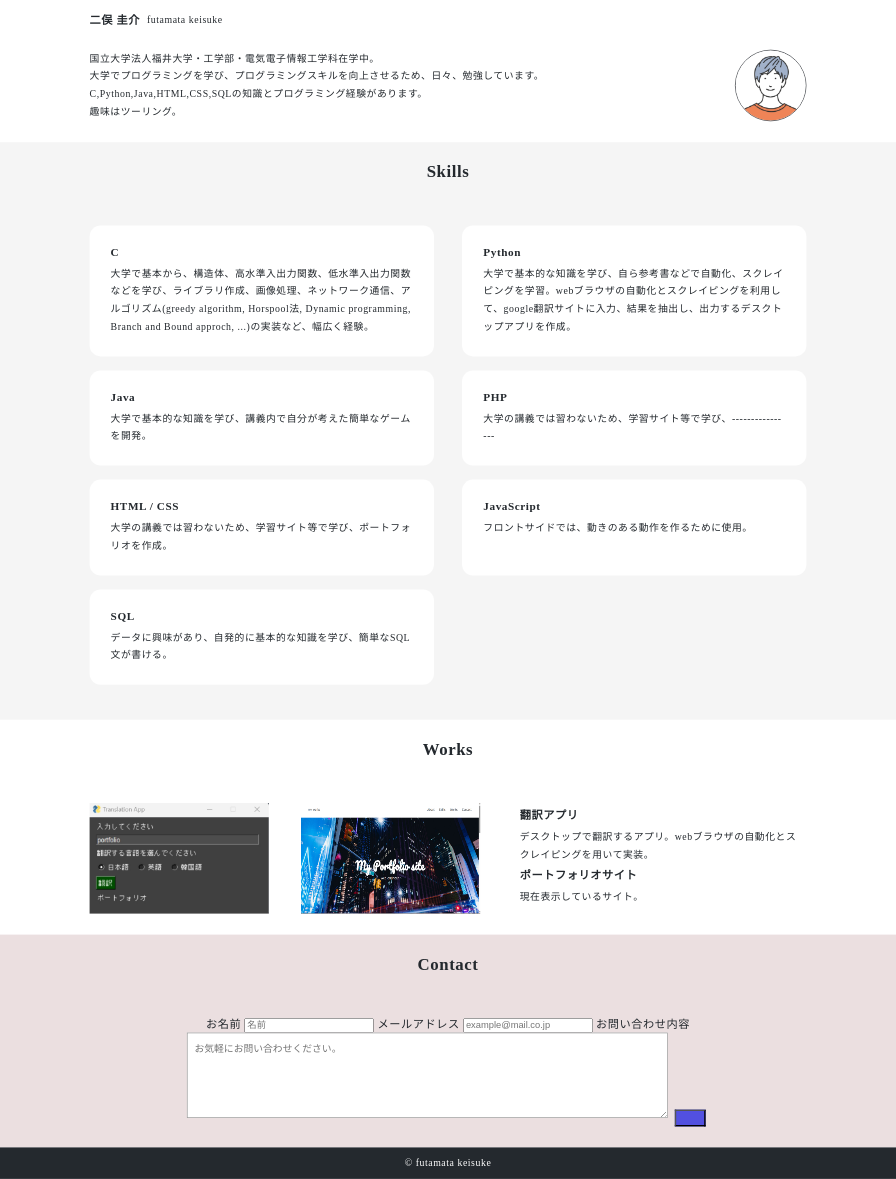
Repository: F-ksk/portfolio
Page: index.html
An editor plug-in stored every save of this project. The page is shown before and after the next save, followed by the edit.
The browser window is 1280 px wide. The pictures show the part of the page from y = 733 to 2653 px (the page is 2417 px tall before and 2653 px after), at 70% of full size.

Above is the page before, as saved 2023-06-29 23:37:41.

After the next save:
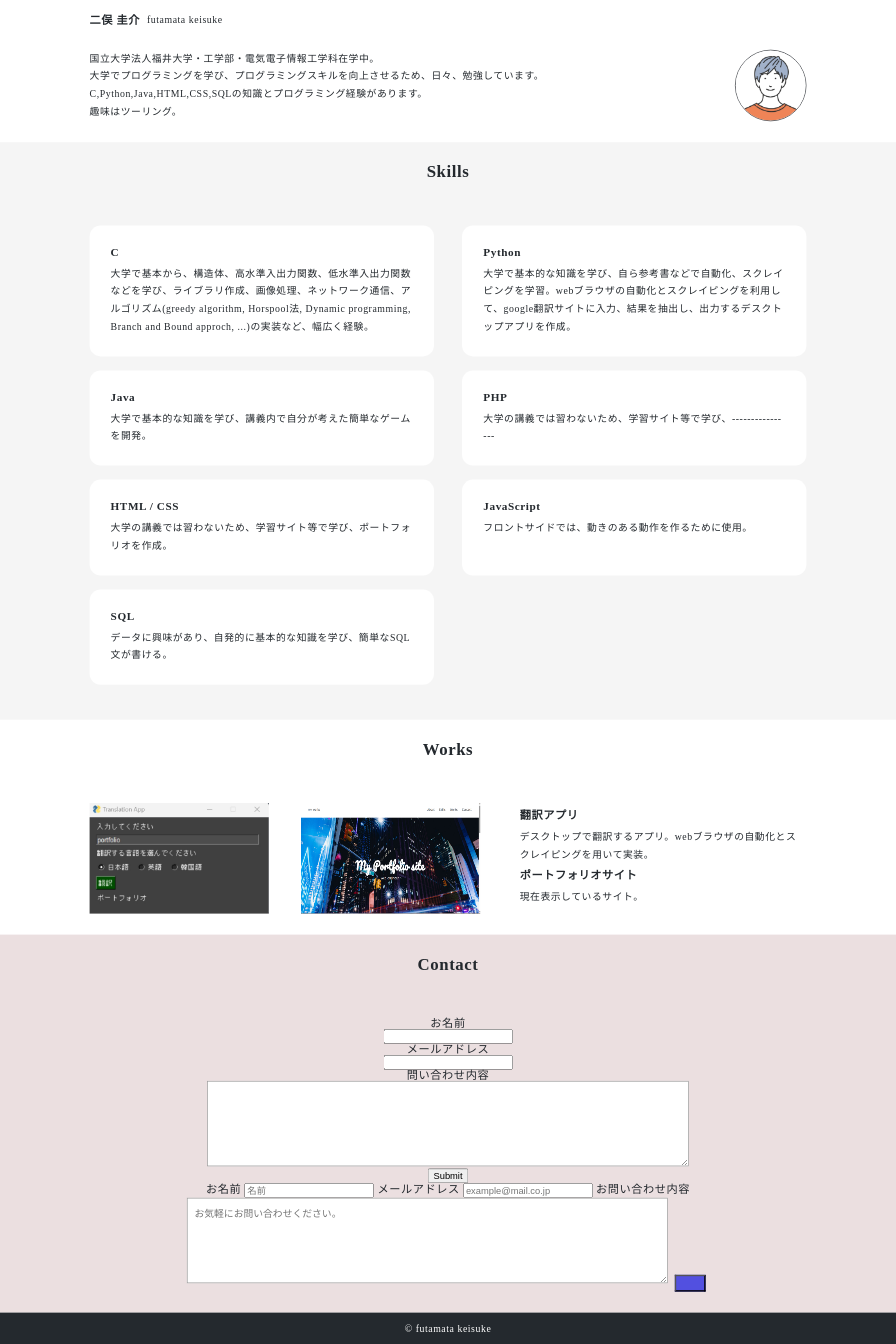
Saved 107 s later.
--- a/index.html
+++ b/index.html
@@ -97,7 +97,16 @@
             <div class="contact-form">
                 <!--<iframe src="https://docs.google.com/forms/d/e/1FAIpQLSfhIRxsClYk-LjjOeqSs9rPikyz6iXAlGFSL5PuYS38eefG3A/viewform?embedded=true" width="640" height="682" frameborder="0" marginheight="0" marginwidth="0">読み込んでいます…</iframe> -->
 
-                <form action="https://docs.google.com/forms/u/0/d/e/1FAIpQLSfhIRxsClYk-LjjOeqSs9rPikyz6iXAlGFSL5PuYS38eefG3A/formResponse">
+                <form action="https://docs.google.com/forms/u/0/d/e/1FAIpQLSfhIRxsClYk-LjjOeqSs9rPikyz6iXAlGFSL5PuYS38eefG3A/formResponse" target="_self" method="POST" id="mG61Hd">
+                    <dl>
+                        <dt>お名前</dt>
+                        <dd><input name="entry.{1209985459}" type="text" required="required" id="textfield" class="g_form"></dd>
+                        <dt>メールアドレス</dt>
+                        <dd><input name="entry.{1499214278}" type="text" class="g_form" id="textfield2"></dd>
+                        <dt>問い合わせ内容</dt>
+                        <dd><textarea name="entry.{1422841443}" required class="g_form_text" id="entry.{1422841443}"></textarea></dd>
+                      </dl>
+                      <div class="button"><input type="submit" class="btbt"></div>
                     <label for="name">お名前</label>
                     <input id="name" type="text" name=&quotentry.1209985459" placeholder="名前">
                     <label for="email">メールアドレス</label>
